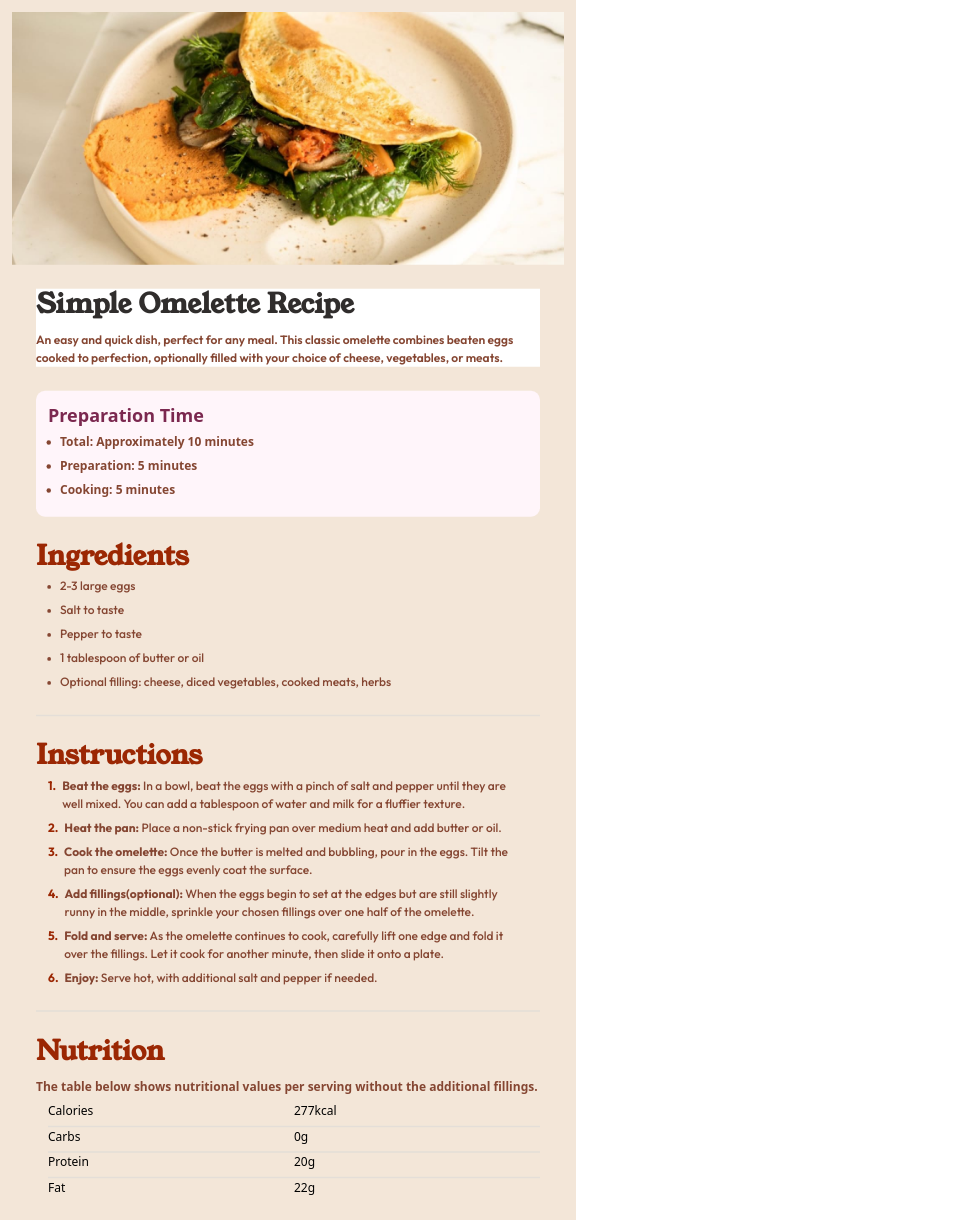
Repository: nivrii/recipe-page-main
Page: /
These files come from the project's save history. The page is drawn as it stood at one moment and after the next save; the edit follows.
The browser window is 1280 px wide. The pictures show the whole page, at 75% of full size.
The project was rebuilt for these pictures with package versions that can differ from the ones it lists, and the page was loaded fresh each time. Also part of the build but not shown: vite.config.js, src/index.css.

Above is the page before, as saved 2024-03-23 17:10:06.

After the next save:
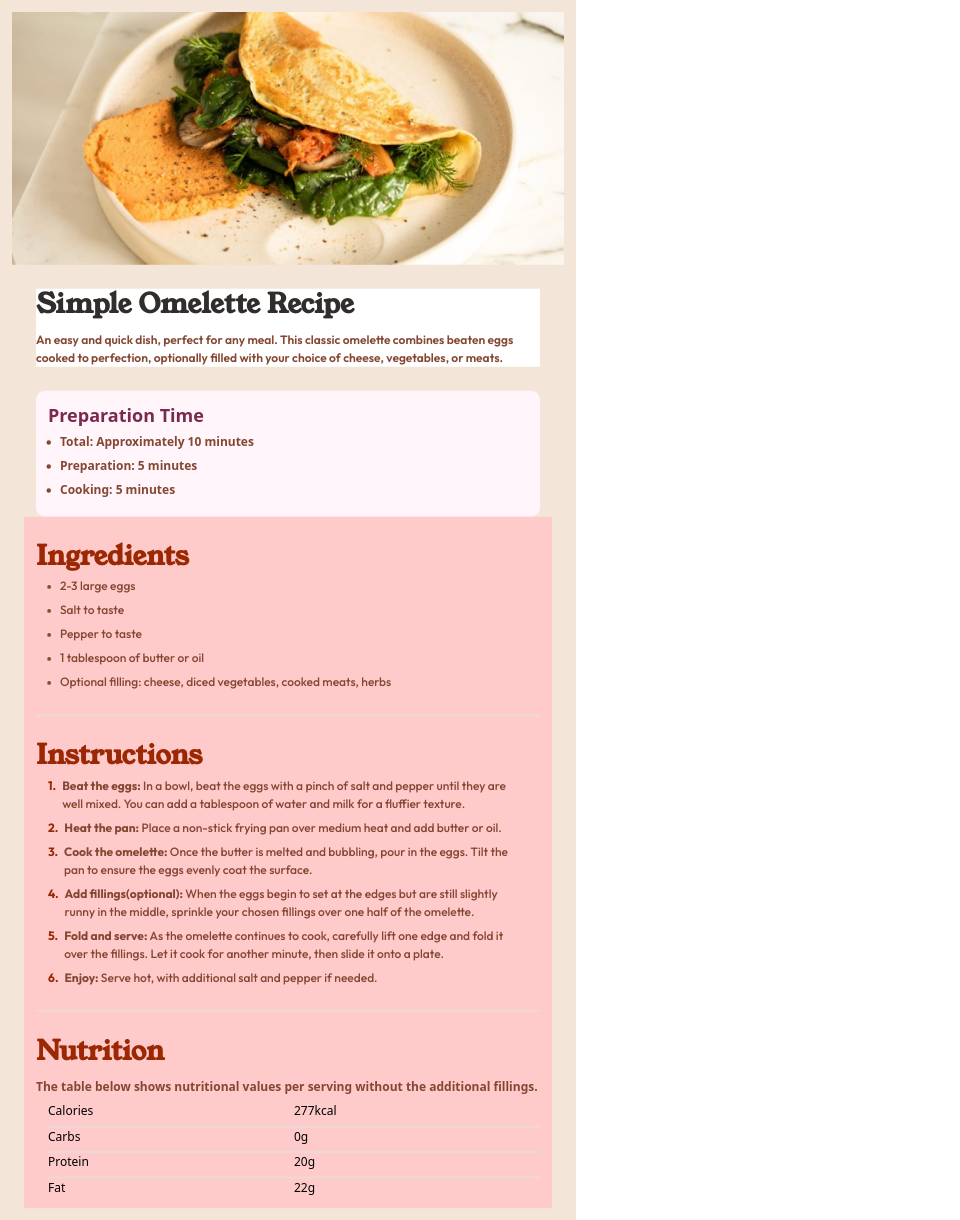
Saved 64 s later.
--- a/src/App.jsx
+++ b/src/App.jsx
@@ -34,7 +34,7 @@ function App() {
           </li>
         </ul>
       </div>
-      <div className="divide-y-2 divide-lightGrey mx-4">
+      <div className="divide-y-2 divide-lightGrey mx-4 bg-red-200">
         <div className="m-4">
           <h1 className="text-left text-nutmegLight text-4xl font-bold font-young mt-8">
             Ingredients
